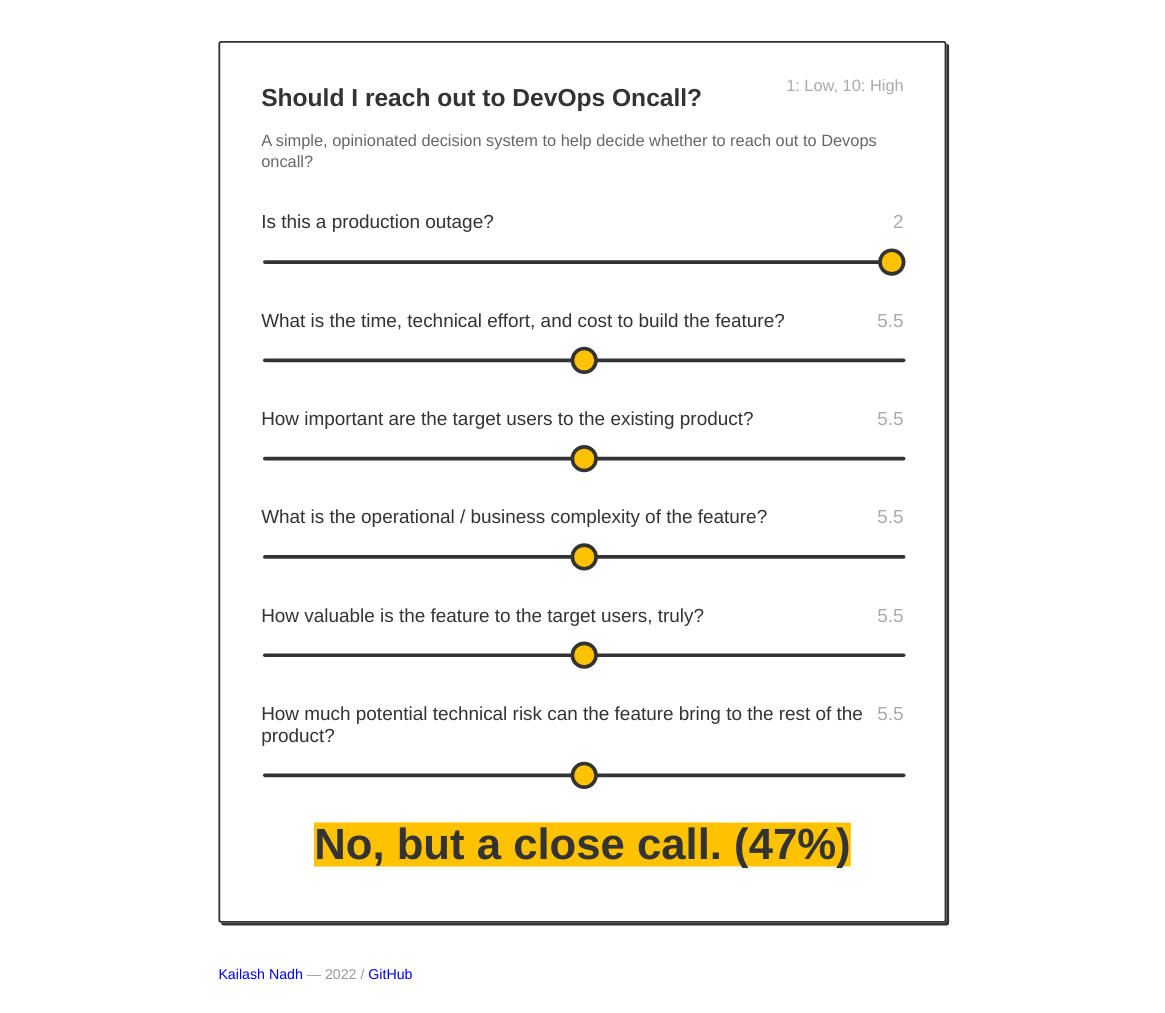
Repository: harishbsrinivas/dont.call
Page: index.html
These files come from the project's save history. The page is drawn as it stood at one moment and after a run of saves; the edit follows.
The browser window is 1280 px wide. The pictures show the whole page, at 91% of full size.

Above is the page before, as saved 2022-12-03 17:06:47.

### index.html
<!DOCTYPE html>
<html lang="en-US">

<head>
    <meta charset="utf-8" />
    <title>Should I reach out to DevOps oncall?</title>
    <meta name="description"
        content="A simple, opinionated decision system to help decide whether to reach out to Devops oncall?" />
    <link rel="shortcut icon" href="https://dont.build/favicon.png" />
    <meta property="og:image" content="https://dont.build/thumb.png">
    <meta name="viewport" content="width=device-width, initial-scale=1" />
    <link href="style.css?v=2" rel="stylesheet" type="text/css" />
</head>

<body>

    <div class="container">
        <section class="box">
            <p class="help">1: Low, 10: High</p>
            <h1 class="title">Should I reach out to DevOps Oncall?</h1>
            <p>A simple, opinionated decision system to help decide whether to reach out to Devops oncall?</p>
            <br />
            <form class="form">
                <fieldset class="p-users">
                    <span class="value"></span>
                    <label>Is this a production outage?</label>
                    <input type="range" min="1" max="2" step="1" value="1" />
                </fieldset>
                <fieldset class="p-effort">
                    <span class="value"></span>
                    <label>What is the time, technical effort, and cost to build the feature?</label>
                    <input type="range" min="1" max="10" step="0.5" value="5.5" />
                </fieldset>
                <fieldset class="p-user-value">
                    <span class="value"></span>
                    <label>How important are the target users to the existing product?</label>
                    <input type="range" min="1" max="10" step="0.5" value="5.5" />
                </fieldset>
                <fieldset class="p-operational-complexity">
                    <span class="value"></span>
                    <label>What is the operational / business complexity of the feature?</label>
                    <input type="range" min="1" max="10" step="0.5" value="5.5" />
                </fieldset>
                <fieldset class="p-feature-value">
                    <span class="value"></span>
                    <label>How valuable is the feature to the target users, truly?</label>
                    <input type="range" min="1" max="10" step="0.5" value="5.5" />
                </fieldset>
                <fieldset class="p-negative-impact">
                    <span class="value"></span>
                    <label>How much potential technical risk can the feature bring to the rest of the product?</label>
                    <input type="range" min="1" max="10" step="0.5" value="5.5" />
                </fieldset>
            </form>
            <h1 class="answer">
                <span><span class="bool"></span> (<span class="percent"></span>)</span>
            </h1>
        </section>

        <noscript>
            <h1>This page requires Javascript to function.</h1>
        </noscript>

        <footer><a href="https://nadh.in">Kailash Nadh</a> &mdash; 2022 / <a
                href="https://github.com/knadh/dont.build">GitHub</a></footer>
    </div>


    <script>
        (function () {
            const params = [
                { weight: 0.10, value: 5.5, negative: false, name: 'p-users', },
                { weight: 0.20, value: 5.5, negative: false, name: 'p-user-value', },
                { weight: 0.20, value: 5.5, negative: false, name: 'p-feature-value', },
                { weight: 0.15, value: 5.5, negative: true, name: 'p-effort', },
                { weight: 0.20, value: 5.5, negative: true, name: 'p-negative-impact', },
                { weight: 0.15, value: 5.5, negative: true, name: 'p-operational-complexity', },
            ]

            params.forEach((p, n) => {
                let net = 0;
                const inp = document.querySelector(`.${p.name} input`);

                inp.value = p.value;
                inp.oninput = (e) => {
                    const val = parseFloat(e.target.value, 64);
                    document.querySelector(`.${p.name} .value`).innerText = val;
                    p.value = val;

                    // Sum all weighted params.
                    const sum = params.reduce((prev, pm) => {
                        let v = pm.value;
                        if (pm.negative) {
                            v = 10 - v;
                        }

                        return prev + (v / 10 * pm.weight);
                    }, 0);

                    // Display the results.
                    document.querySelector(".answer .percent").innerText = `${(sum * 100).toFixed(0)}%`;

                    let b = 'Yes';
                    if (sum < 0.5 && sum > 0.46) {
                        b = `No, but a close call.`;
                    } else if (sum < 0.48) {
                        b = `No.`;
                    } else if (sum > 0.5 && sum < 0.54) {
                        b = `Yes, but a close call.`;
                    } else if (sum === 0.5) {
                        b = '50-50. Go with the gut.';
                    }
                    document.querySelector(".answer .bool").innerText = b;
                };

                inp.dispatchEvent(new Event('input'));
            });
        })();
    </script>

</body>

</html>

### style.css
:root {
    --primary: #ffc200;
    --secondary: #333;
}

* {
    box-sizing: border-box;
}

html, body {
    margin: 0;
}

body {
    font-family: 'Helvetica Neue', 'Segoe UI', Arial, sans-serif;
    font-size: 18px;
    line-height: 24px;
    color: var(--secondary);
    height: 100%;
    margin: 0;
    padding: 0;
}

h1, h2, h3 {
  line-height: 2rem;
}

a {
    text-decoration: none;
}

p {
  color: #666;
}

fieldset {
  padding: 0;
  margin: 0;
  border: 0;
}

input[type="range"] {
  -webkit-appearance: none;
  width: 100%;
  height: 4px;
  background: var(--secondary);
  border-radius: 3px;
}

input[type="range"]::-webkit-slider-thumb {
  -webkit-appearance: none;
  background: var(--primary);
  height: 30px;
  width: 30px;
  border-radius: 50%;
  cursor: pointer;
  border: 4px solid var(--secondary);
}

input[type="range"]::-moz-range-thumb {
  background: var(--primary);
  border-radius: 100%;
  height: 20px;
  width: 20px;
  cursor: pointer;
  border: 4px solid var(--secondary);
}

input[type=range]::-webkit-slider-runnable-track  {
  -webkit-appearance: none;
  box-shadow: none;
  border: none;
  background: transparent;
}


button {
    background: var(--primary);
    cursor: pointer;
    border-color: #000;
    padding: 10px 30px;
}
    button:hover {
        background: #aaa;
    }

.container {
    max-width: 800px;
    margin: 45px auto 30px auto;
}
.box {
    padding: 30px 45px;
    border: 1px solid #ddd;
    border-radius: 3px;
    border: 2px solid var(--secondary);
    box-shadow: 3px 3px 0px var(--secondary);
    margin-bottom: 45px;
}

.container .title {
  margin: 15px 0 0px 0;
}

.help {
  margin-top: 5px;
}

.form {
  clear: both;
}
.form fieldset {
  font-size: 1.3rem;
  margin-bottom: 45px;
}
  .form label {
    display: block;
    margin-bottom: 15px;
  }
  .form .value, .help {
    float: right;
    color: #aaa;
  }

.answer {
  text-align: center;
  margin: 30px 0;
  font-size: 3rem;
  line-height: 3rem;
}
  .answer span {
    display: inline-block;
    background: var(--primary);
  }

footer {
  margin: 30px auto;
  color: #999;
  font-size: 0.975rem;
}

@media (max-width: 800px) {
  .container {
    max-width: none;
    margin: 20px 30px 20px 20px;
    padding: 0;
  }
  .box {
    padding: 0;
    border: 0;
    box-shadow: none;
  }
  .help {
    float: none;
  }
  .form label {
    float: left;
    max-width: 90%;
  }
}


@media (max-width: 400px) {
  .form label {
    max-width: 70%;
  }
}

After the next 2 saves:
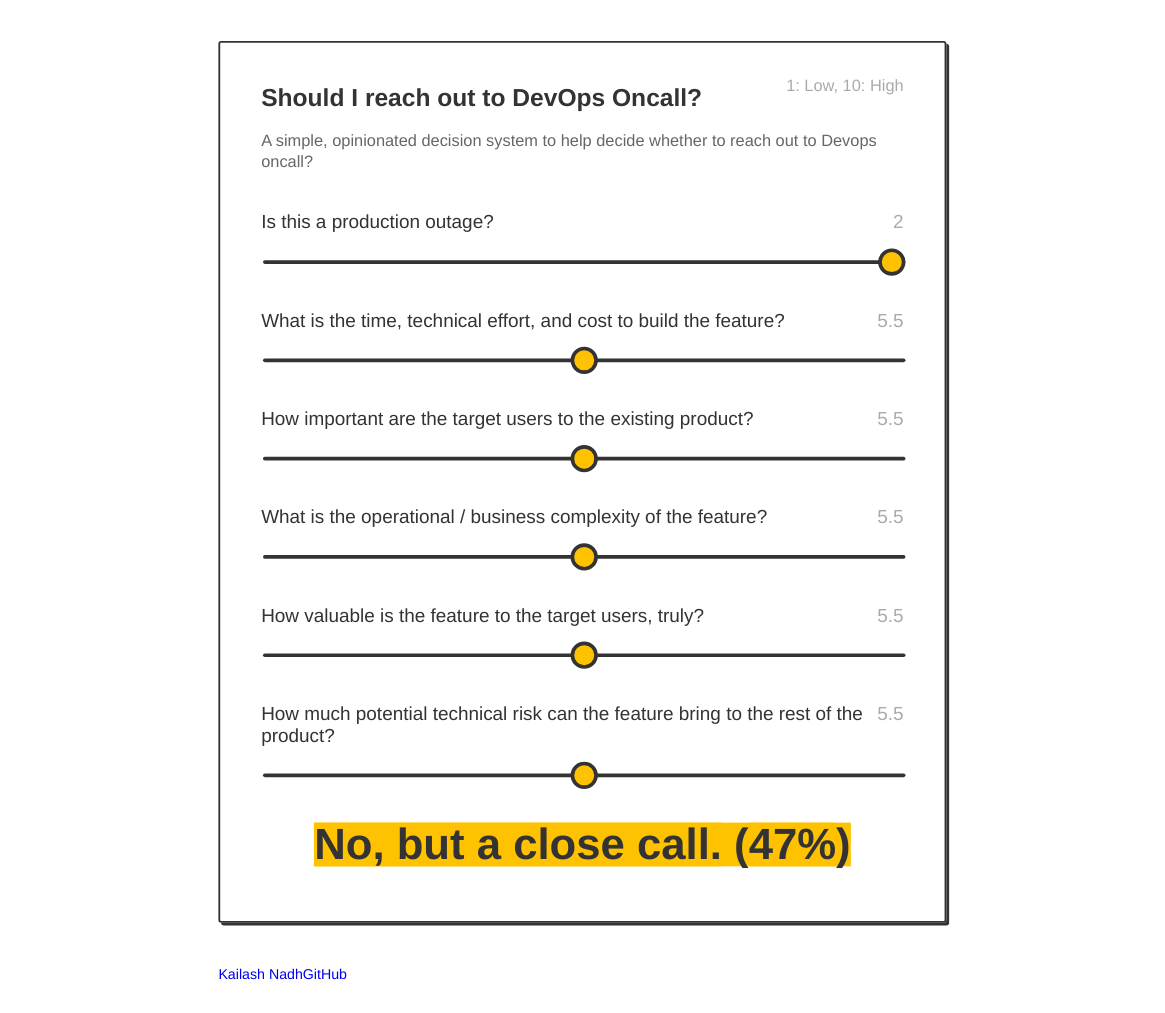
The 2 saves are shown as one change because they came seconds apart.
The last was saved 31 s later.
--- a/index.html
+++ b/index.html
@@ -61,8 +61,8 @@
             <h1>This page requires Javascript to function.</h1>
         </noscript>
 
-        <footer><a href="https://nadh.in">Kailash Nadh</a> &mdash; 2022 / <a
-                href="https://github.com/knadh/dont.build">GitHub</a></footer>
+        <footer><a href="https://nadh.in">Kailash Nadh</a><a href="https://github.com/knadh/dont.build">GitHub</a>
+        </footer>
     </div>
 
 
